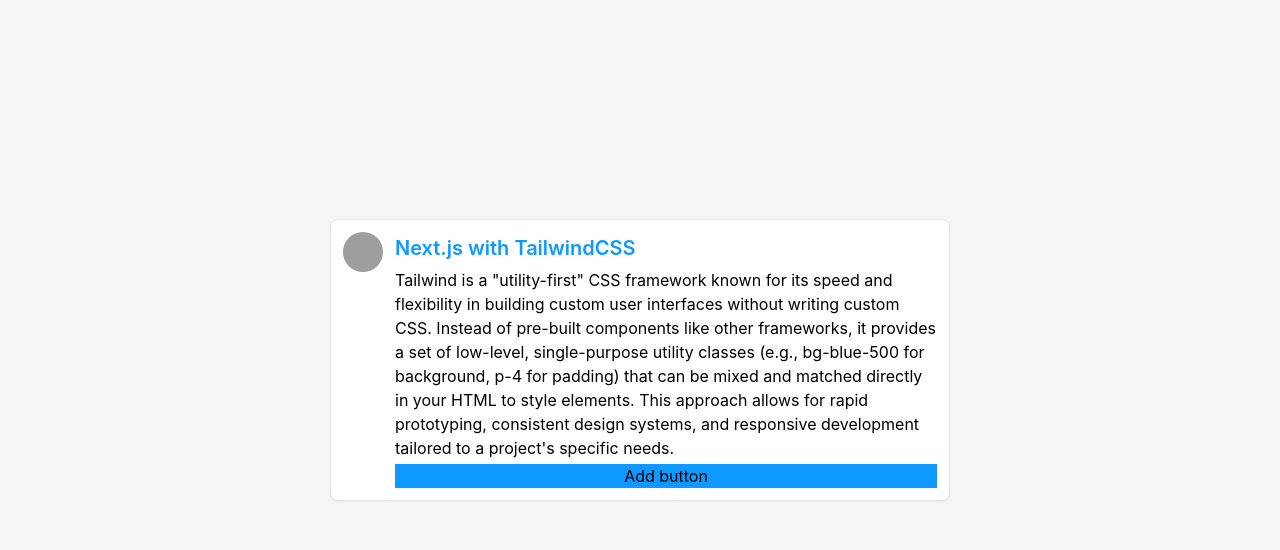
Repository: vignesh33654/resizablesidebar
Page: /
The author's editor kept a copy of each file at every save. The page is drawn from the files as they stood at one save, then again after a run of saves.
The browser window is 1280 px wide. The pictures show the whole page.
The project was rebuilt for these pictures with package versions that can differ from the ones it lists, and the page was loaded fresh each time.

Above is the page before, as saved 2025-11-11 10:09:34.

### index.html
<!doctype html>
<html lang="en">
  <head>
    <meta charset="UTF-8" />
    <link rel="icon" type="image/svg+xml" href="/vite.svg" />
    <meta name="viewport" content="width=device-width, initial-scale=1.0" />
    <title>ai-app</title>
  </head>
  <body>
    <div id="root"></div>
    <script type="module" src="/src/main.tsx"></script>
  </body>
</html>

### src/index.css
@import "tailwindcss";

@theme {

  --color-text-Primary: #37352f;
  --color-text-Secondary: #898986;
  --color-text-Tertiary: #acaba9;
  --color-text-Disabled: #d5d5d4;
  --color-text-white: #ffffff;

  /* Border Colors */
  --color-border-Primary: #e6e6e6;

  /* Background Colors */
  --color-Bg-0: #ffffff;
  --color-Bg-1: #f5f5f5;
  --color-Bg-2: #f1f0f1;

  /* Primitive Colors */
  --color-color-primary: #0d99ff;
  --color-color-success: #14ae5c;
  --color-color-failure: #f24822;
  --color-color-warning: #ffcd29;

  /* Font Sizes */
  --font-size-h1: 30px;
  --font-size-h2: 24px;
  --font-size-h3: 20px;
  --font-size-body-16: 16px;
  --font-size-body-14: 14px;
  --font-size-body-13: 13px;
  --font-size-small-12: 12px;
  --font-size-small-11: 11px;
  --font-size-small-10: 10px;

  /* Line Heights */
  --line-height-h1: 40px;
  --line-height-h2: 32px;
  --line-height-h3: 32px;
  --line-height-body: 24px;
  --line-height-small: 16px;

  /* Shadows */
  --shadow-sm: 0 1px 2px #0000000d;
  --shadow-md: 0 4px 6px #0000001a;
  --shadow-lg: 0 10px 15px #00000026;

}

/* default css styles */
:root {
  font-family: inter, system-ui;
  background-color: #ffffff;

  font-synthesis: none;
  text-rendering: optimizeLegibility;
  -webkit-font-smoothing: antialiased;
  -moz-osx-font-smoothing: grayscale;

   h1 {
    font-size: var(--font-size-h1);
    line-height: var(--line-height-h1);
    letter-spacing: -2.1%;
    font-weight: 600;
  }

  h2 {
    font-size: var(--font-size-h2);
    line-height: var(--line-height-h2);
    letter-spacing: -1.9%;
    font-weight: 600;
  }

  h3 {
    font-size: var(--font-size-h3);
    line-height: var(--line-height-h3);
    letter-spacing: -1.7%;
    font-weight: 600;
  }

  p {
    font-size: var(--font-size-body-16);
    line-height: var(--line-height-body);
    letter-spacing: -1.1%;
    font-weight: 400;
  }

  text-color {
    --primary: var(--color-text-Primary);
    --secondary: var(--color-text-Secondary);
   --tertiary: var(--color-text-Tertiary);
   --disabled: var(--color-text-Disabled);
   --white: var(--color-text-white);
  }

  bg-color {
    --bg0: var(--color-Bg-0);
    --bg1: var(--color-Bg-1);
    --bg2: var(--color-Bg-2);
  }

  primitive-color {
    --primary: var(--color-color-primary);
    --success: var(--color-color-success);
    --failure: var(--color-color-failure);
    --warning: var(--color-color-warning);
  }
  font-size {
    --h1: var(--font-size-h1);
    --h2: var(--font-size-h2);
    --h3: var(--font-size-h3);
    --body-16: var(--font-size-body-16);
    --body-14: var(--font-size-body-14);
    --body-13: var(--font-size-body-13);
    --small-12: var(--font-size-small-12);
    --small-11: var(--font-size-small-11);
    --small-10: var(--font-size-small-10);
  }

  border-color {
    --primary: var(--color-border-Primary);
  }
}

### src/App.tsx
const imgAvatar = "http://localhost:3845/assets/33bd599f3caa820c5ba115be2d1ef7b018f59693.svg";

export default function App() {
  return (
    <div className="min-h-screen bg-Bg-1 flex items-center justify-center p-8">
      <div className="bg-Bg-0 border border-border-Primary rounded-lg p-3 flex gap-3 max-w-[620px] shadow-sm">
        {/* Avatar */}
        <div className="shrink-0 w-10 h-10">
          <img
            alt="Avatar"
            className="w-full h-full rounded-full object-cover"
            src={imgAvatar}
          />
        </div>

        {/* Content */}
        <div className="flex flex-col gap-1">
          <h3 className="text-color-primary">
            Next.js with TailwindCSS
          </h3>

          <p className="text-color-secondary">
            Tailwind is a "utility-first" CSS framework known for its speed and flexibility in building custom user interfaces without writing custom CSS. Instead of pre-built components like other frameworks, it provides a set of low-level, single-purpose utility classes (e.g., bg-blue-500 for background, p-4 for padding) that can be mixed and matched directly in your HTML to style elements. This approach allows for rapid prototyping, consistent design systems, and responsive development tailored to a project's specific needs.
          </p>

          <button className="font-size-h2 text-color-secondary bg-color-primary px-3 ">
          Add button
          </button>
        </div>
      </div>
    </div>
  )
}

Loaded but not shown: src/main.tsx (common file)

After the next 6 saves:
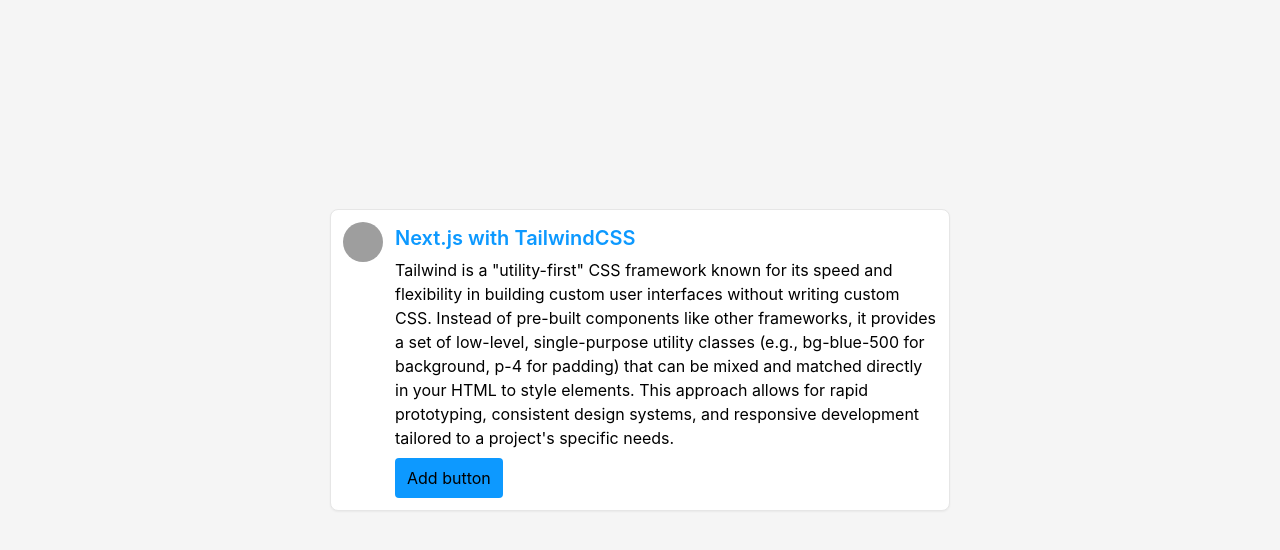
The 6 saves are shown as one change because they came seconds apart.
The last was saved 18 s later.
--- a/src/App.tsx
+++ b/src/App.tsx
@@ -23,7 +23,7 @@
             Tailwind is a "utility-first" CSS framework known for its speed and flexibility in building custom user interfaces without writing custom CSS. Instead of pre-built components like other frameworks, it provides a set of low-level, single-purpose utility classes (e.g., bg-blue-500 for background, p-4 for padding) that can be mixed and matched directly in your HTML to style elements. This approach allows for rapid prototyping, consistent design systems, and responsive development tailored to a project's specific needs.
           </p>
 
-          <button className="font-size-h2 text-color-secondary bg-color-primary px-3 ">
+          <button className="font-size-body-16 text-color-secondary bg-color-primary px-3 py-2 rounded mt-1 self-start hover:opacity-90 transition-opacity">
           Add button
           </button>
         </div>
